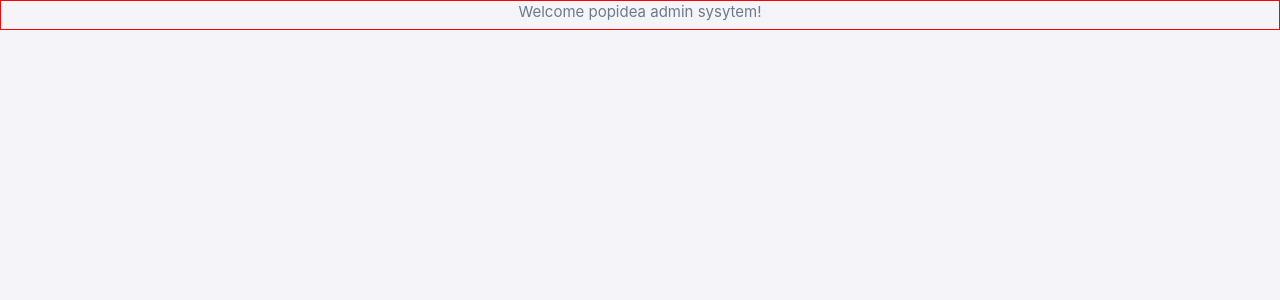
Repository: Joebig7/popidea-admin-front
Page: index.html
The author's editor kept a copy of each file at every save. The page is drawn from the files as they stood at one save, then again after the next save.
The browser window is 1280 px wide. The pictures show the whole page.

Above is the page before, as saved 2022-09-20 14:57:20.

After the next save:
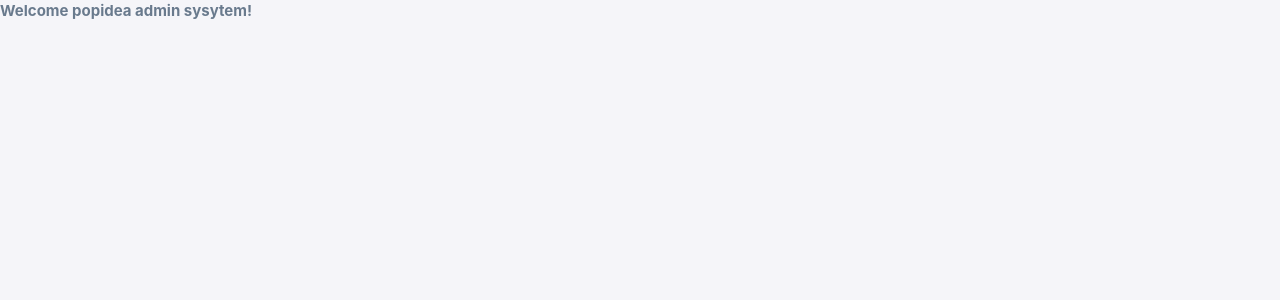
Saved 21 s later.
--- a/index.html
+++ b/index.html
@@ -27,26 +27,11 @@
   <link rel="stylesheet" href="assets/vendor/css/core.css" />
   <link rel="stylesheet" href="assets/vendor/css/theme-default.css" />
   <link rel="stylesheet" href="assets/css/demo.css" />
-
-  <style>
-      span{
-        display: block;
-      }
-
-      .title{
-          width:100%;
-          height:30px;
-          border: 1px solid red;
-          display:flex;
-          justify-content:center;
-
-      }
-  </style>
 </head>
 
 <body>
 
-  <div class="title"> <span>Welcome popidea admin sysytem!</span></div>
+ <strong>Welcome popidea admin sysytem!</strong>
 
 
 </body>

After the save that followed:
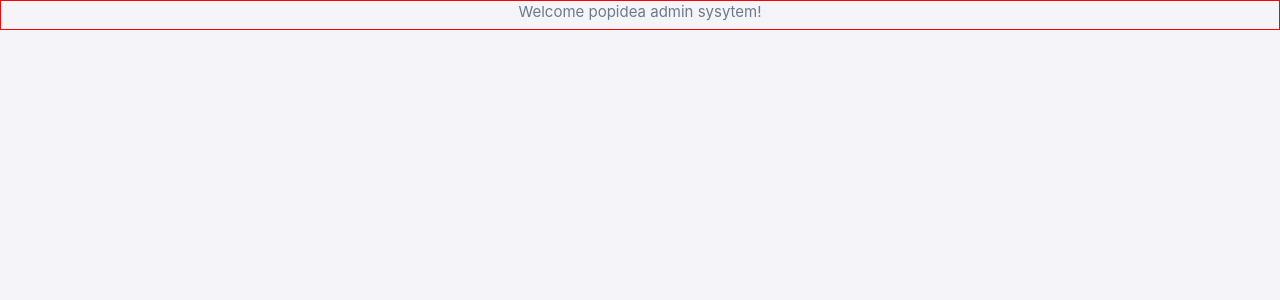
Saved 18 s later.
--- a/index.html
+++ b/index.html
@@ -27,11 +27,26 @@
   <link rel="stylesheet" href="assets/vendor/css/core.css" />
   <link rel="stylesheet" href="assets/vendor/css/theme-default.css" />
   <link rel="stylesheet" href="assets/css/demo.css" />
+
+  <style>
+        span{
+          display: block;
+        }
+
+      .title{
+          width:100%;
+          height:30px;
+          border: 1px solid red;
+          display:flex;
+          justify-content:center;
+
+      }
+  </style>
 </head>
 
 <body>
 
- <strong>Welcome popidea admin sysytem!</strong>
+  <div class="title"> <span>Welcome popidea admin sysytem!</span></div>
 
 
 </body>
